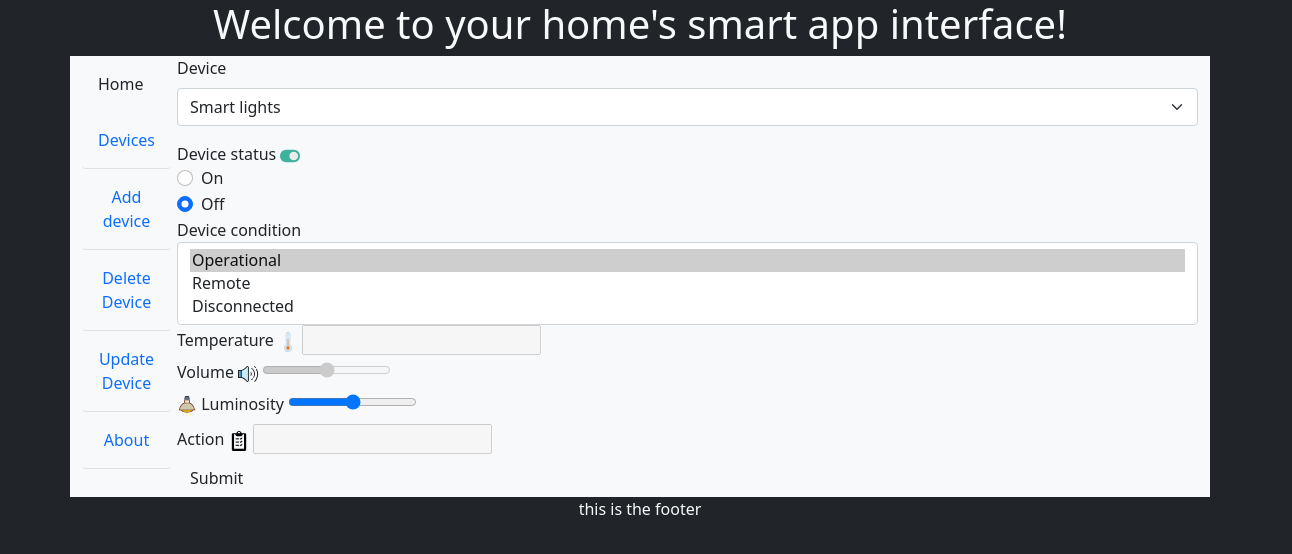
Repository: St-34-lth/stoopid_home
Page: http://localhost/addDevice
These files come from the project's save history. The page is drawn as it stood at one moment and after the next save; the edit follows.
The browser window is 1280 px wide. The page is 1292 px wide, so the pictures cover 1292 px, including what lies to the right of the window. The pictures show the whole page.
The page is served by the project's Node server (index.js).

Above is the page before, as saved 2022-01-16 11:58:57.

After the next save:
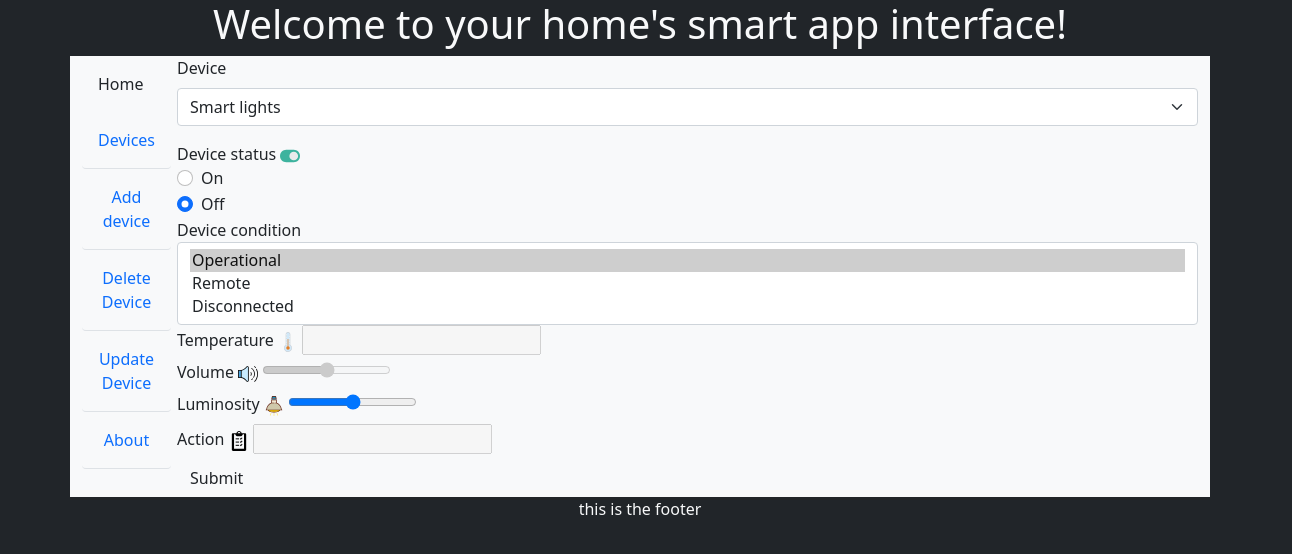
Saved 22 s later.
--- a/views/templates/add.ejs
+++ b/views/templates/add.ejs
@@ -77,8 +77,9 @@ addEventListener('DOMContentLoaded',eventHandler,{'once':true})
                     </div>
           <!-- Luminosity -->
           <div id="luminosityContainer">
-          <img id='luminosityImage' class='optSVG' type='svg'src="">
+
                     <label class='form-label text-dark' for='luminosity'>Luminosity</label>
+                    <img id='luminosityImage' class='optSVG' type='svg' src="">
                     <input onchange="updateLuminosityEventListener(this)" class='property' disabled id="deviceLuminosity" type="range"
                               min="0" max="100" step="1" defaultValue="null" value="" name="luminosity">
                     <span id="luminosityValueContainer"></span>
